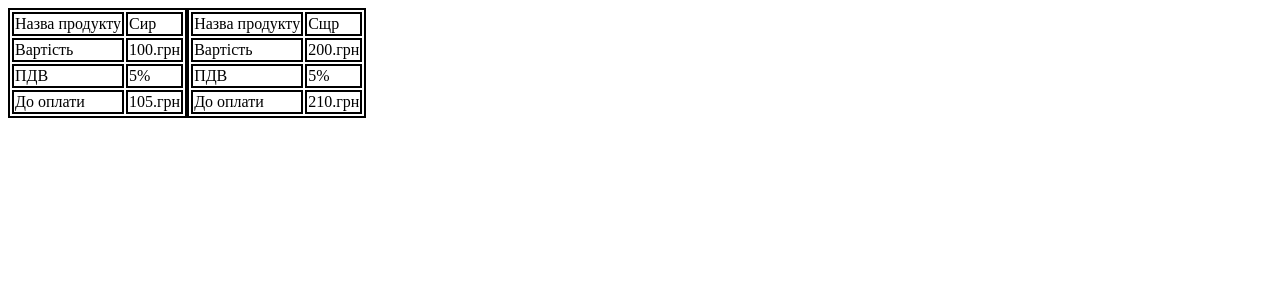
Repository: AnatoliyZaporozhets/HomeTask
Page: / (app in HomeWork_1/)
These files come from the project's save history. The page is drawn as it stood at one moment and after the next save; the edit follows.
The browser window is 1280 px wide. The pictures show the whole page.
The project was rebuilt for these pictures with package versions that can differ from the ones it lists, and the page was loaded fresh each time.

Above is the page before, as saved 2022-04-08 16:09:00.

### HomeWork_1/src/App.vue
<template>
  <div>
    <!-- <img alt="Vue logo" src="./assets/logo.png" /> -->
    <!-- 3. Використовуємо -->
    <products-list :product-list-data="listData" />
  </div>
</template>

<script>
//1.Імпортуємо компонент
import ProductsList from './components/ProductsList'
export default {
  name: 'App',
  components: {
    //2.Реєструємо
    ProductsList,
  },

  data() {
    return {
      listData: [
        {
          id: 1,
          productName: 'Сир',
          price: 100,

        },
        {
          id: 2,
          productName: 'Сщр',
          price:200,

        },
      ],
    }
  },
}
</script>

<style>
/* #app {
  font-family: Avenir, Helvetica, Arial, sans-serif;
  -webkit-font-smoothing: antialiased;
  -moz-osx-font-smoothing: grayscale;
  text-align: center;
  color: #2c3e50;
  margin-top: 60px;
} */
</style>

### HomeWork_1/src/components/ProductsList/index.vue
<template>
  <div class="list-container">
    <product-card
      v-for="product in productListData"
      :key="product.id"
      :productName="product.productName"
      :price="product.price"
      :pdv="product.pdv"
    />
  </div>
</template>

<script>
import ProductCard from './ProductCard'
export default {
  name: 'ProductList',

  components: {
    ProductCard,
  },

  props: {
    productListData: {
      type: Array,
      default: () => [], //Якщо об"єкт - то функція, що повертає значення
    },
  },
}
</script>

<style lang="css" scoped>
.list-container {
  display: flex;
}
</style>

### HomeWork_1/src/components/ProductsList/ProductCard/index.vue
<template>
  <div class="container">
    <table>
        <tr>
            <td>Назва продукту</td>
            <td>{{productName}}</td>
        </tr>
        <tr>
            <td>Вартість</td>
            <td>{{price}}.грн</td>
        </tr>
        <tr>
            <td>ПДВ</td>
            <td>{{pdv}}%</td>
        </tr>
        <tr>
            <td>До оплати</td>
            <td>{{ (price*((100+pdv)/100))}}.грн</td>
        </tr>
    </table>
  </div>
</template>

<script>
export default {
  name: 'ProductCard',

  props: {
    productName: {
      type: String,
      required: true,
    },
    price: {
      type: Number,
      required: true,
    },
    pdv: {
      type: Number,
      default: 5, //Обов"язковий параметр
    },
  },
}
</script>

<style lang="css" scoped>
.container{
    border: 2px solid black;
}
td{
  border: 2px solid black;
}
</style>

Loaded but not shown: HomeWork_1/public/index.html (common file); HomeWork_1/src/main.js (common file)

After the next save:
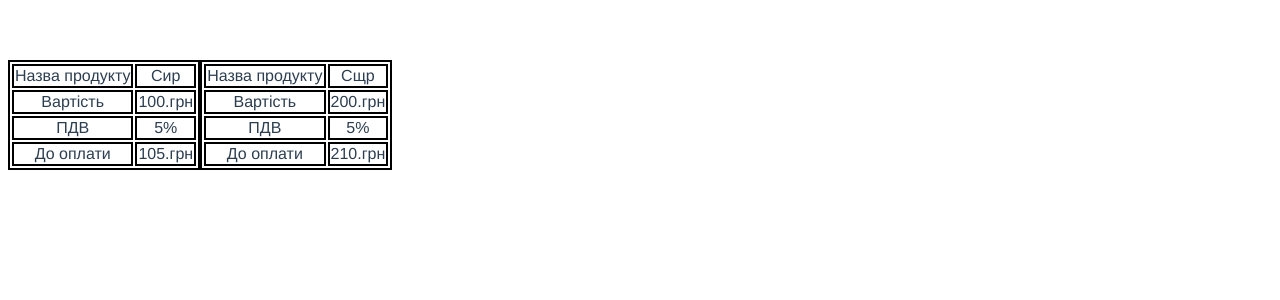
Saved 62 s later.
--- a/HomeWork_1/src/App.vue
+++ b/HomeWork_1/src/App.vue
@@ -38,12 +38,12 @@
 </script>
 
 <style>
-/* #app {
+#app {
   font-family: Avenir, Helvetica, Arial, sans-serif;
   -webkit-font-smoothing: antialiased;
   -moz-osx-font-smoothing: grayscale;
   text-align: center;
   color: #2c3e50;
   margin-top: 60px;
-} */
+}
 </style>

After the save that followed:
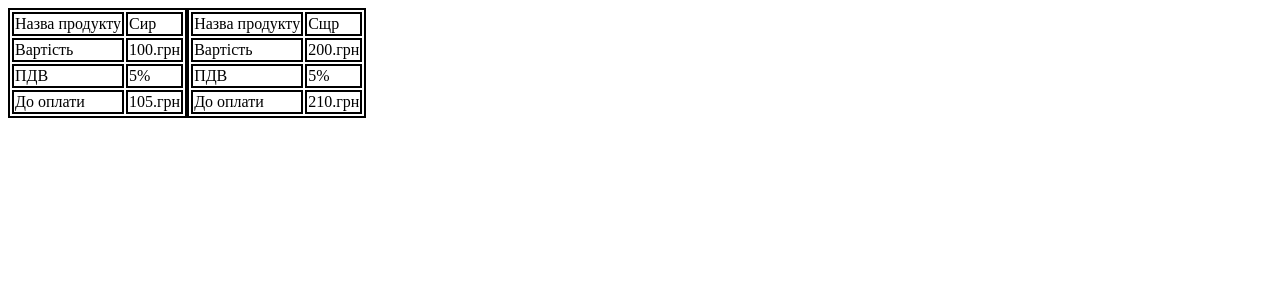
Saved 12 s later.
--- a/HomeWork_1/src/App.vue
+++ b/HomeWork_1/src/App.vue
@@ -38,12 +38,12 @@
 </script>
 
 <style>
-#app {
+/* #app {
   font-family: Avenir, Helvetica, Arial, sans-serif;
   -webkit-font-smoothing: antialiased;
   -moz-osx-font-smoothing: grayscale;
   text-align: center;
   color: #2c3e50;
   margin-top: 60px;
-}
+} */
 </style>
